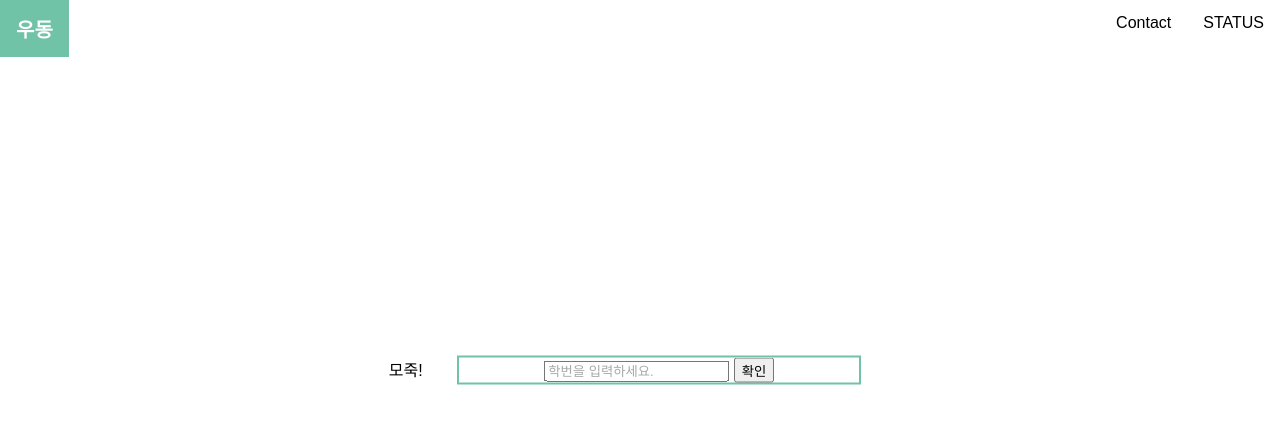
Repository: charmingjae/circles
Page: http://localhost/circles/root/contact.jsp
These files come from the project's save history. The page is drawn as it stood at one moment and after the next save; the edit follows.
The browser window is 1280 px wide. The pictures show the whole page.
Some web fonts or font styles are not loaded; a fallback is used. The page is served by Tomcat 9.

Above is the page before, as saved 2020-07-09 14:50:02.

After the next save:
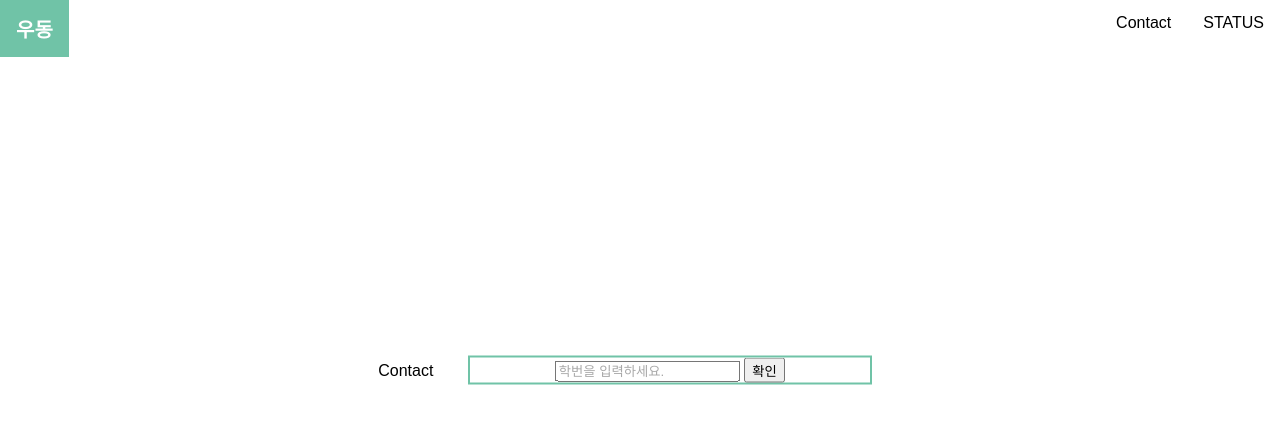
Saved 26 s later.
--- a/circles/WebContent/root/contact.jsp
+++ b/circles/WebContent/root/contact.jsp
@@ -15,7 +15,7 @@
 
 	<form onsubmit="return false;" action="wrInfo.jsp" class="container" method="post" name="frmStuNo">
 		<div class="container">
-			<span> 모죽! </span>
+			<span> Contact </span>
 			<div class="main">
 				<input type="number" oninput="maxLengthCheck(this)" onkeydown="entValidForm()" maxlength="9" name="inputStuNo" placeholder="학번을 입력하세요.">
 				<button type="button" onclick="validForm()">확인</button>
